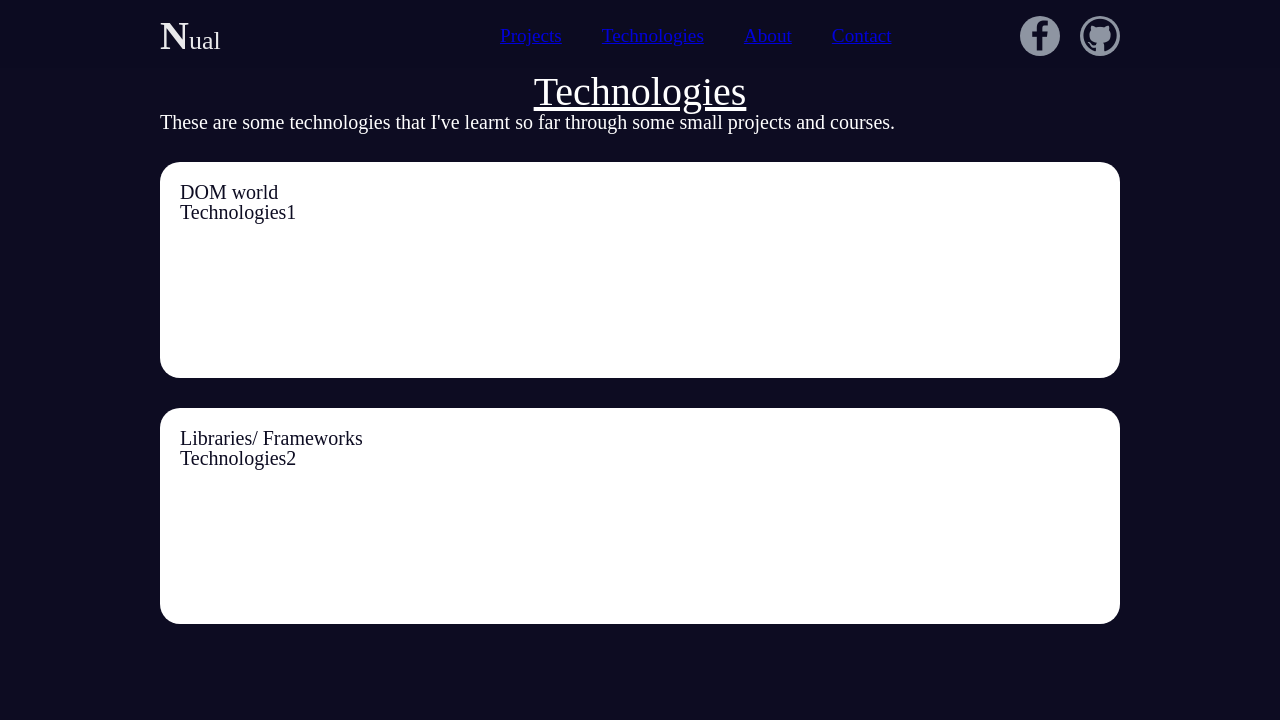
Repository: luanhoang0902/profile-react
Page: /Technologies
The author's editor kept a copy of each file at every save. The page is drawn from the files as they stood at one save, then again after the next save.
The browser window is 1280 px wide. The pictures show the whole page.
The project was rebuilt for these pictures with package versions that can differ from the ones it lists, and the page was loaded fresh each time. Also part of the build but not shown: src/css/Projects.css, src/features/Projects.jsx, src/css/About.css, src/features/About.jsx, src/css/Contact.css, src/features/Contact.jsx.

Above is the page before, as saved 2022-05-21 13:11:16.

### public/index.html
<!DOCTYPE html>
<html lang="en">
  <head>
    <meta charset="utf-8" />
    <link rel="icon" href="%PUBLIC_URL%/favicon.ico" />
    <meta name="viewport" content="width=device-width, initial-scale=1" />
    <meta name="theme-color" content="#000000" />
    <meta
      name="description"
      content="Web site created using create-react-app"
    />
    <link rel="apple-touch-icon" href="%PUBLIC_URL%/logo192.png" />
    <!--
      manifest.json provides metadata used when your web app is installed on a
      user's mobile device or desktop. See https://developers.google.com/web/fundamentals/web-app-manifest/
    -->
    <link rel="manifest" href="%PUBLIC_URL%/manifest.json" />
    <!--
      Notice the use of %PUBLIC_URL% in the tags above.
      It will be replaced with the URL of the `public` folder during the build.
      Only files inside the `public` folder can be referenced from the HTML.

      Unlike "/favicon.ico" or "favicon.ico", "%PUBLIC_URL%/favicon.ico" will
      work correctly both with client-side routing and a non-root public URL.
      Learn how to configure a non-root public URL by running `npm run build`.
    -->
    <link rel="stylesheet"
    href="https://cdn.jsdelivr.net/npm/boxicons@latest/css/boxicons.min.css">
    <!-- or -->
    <link rel="stylesheet"
    href="https://unpkg.com/boxicons@latest/css/boxicons.min.css">
    <title>React App</title>
  </head>
  <body>
    <noscript>You need to enable JavaScript to run this app.</noscript>
    <div id="root"></div>
    <!--
      This HTML file is a template.
      If you open it directly in the browser, you will see an empty page.

      You can add webfonts, meta tags, or analytics to this file.
      The build step will place the bundled scripts into the <body> tag.

      To begin the development, run `npm start` or `yarn start`.
      To create a production bundle, use `npm run build` or `yarn build`.
    -->
  </body>
</html>

### src/App.js
import './App.css';
import Intro from './components/Intro';
import Header from './components/Header'
import { Route, Routes } from 'react-router-dom';
import Projects from './features/Projects';
import Technologies from './features/Technologies';
import About from './features/About';
import Contact from './features/Contact';

function App() {
  return (
    <div className="App" style = {{background: '#0d0c22', color: '#fff'}}>
      <Intro/>
      <Header/>
      <Routes>
        <Route path = '/Projects' element = {<Projects/>} exact />
        <Route path = '/Technologies' element = {<Technologies/>} exact />
        <Route path = '/About' element = {<About/>} exact />
        <Route path = '/Contact' element = {<Contact/>} exact />
      </Routes>
    </div>
  );
}

export default App;

### src/App.css
/* http://meyerweb.com/eric/tools/css/reset/
   v2.0 | 20110126
   License: none (public domain)
*/
* {
	box-sizing: border-box;
}

html, body, div, span, applet, object, iframe,
h1, h2, h3, h4, h5, h6, p, blockquote, pre,
a, abbr, acronym, address, big, cite, code,
del, dfn, em, img, ins, kbd, q, s, samp,
small, strike, strong, sub, sup, tt, var,
b, u, i, center,
dl, dt, dd, ol, ul, li,
fieldset, form, label, legend,
table, caption, tbody, tfoot, thead, tr, th, td,
article, aside, canvas, details, embed,
figure, figcaption, footer, header, hgroup,
menu, nav, output, ruby, section, summary,
time, mark, audio, video {
	margin: 0;
	padding: 0;
	border: 0;
	font-size: 100%;
	font: inherit;
	vertical-align: baseline;
}
/* HTML5 display-role reset for older browsers */
article, aside, details, figcaption, figure,
footer, header, hgroup, menu, nav, section {
	display: block;
}
body {
	line-height: 1;
}
ul {
	list-style: none;
}
blockquote, q {
	quotes: none;
}
blockquote:before, blockquote:after,
q:before, q:after {
	content: '';
	content: none;
}
table {
	border-collapse: collapse;
	border-spacing: 0;
}

### src/components/Intro.jsx
import React, { useEffect, useRef } from 'react';
import PropTypes from 'prop-types';

import "../css/Intro.css"

Intro.propTypes = {

};

function Intro(props) {

    const intro = useRef()

    useEffect(() => {
        console.log(intro.current)
        setTimeout(() => {
            intro.current.classList.add('up')
        },4000)
    },[])

    return (
        <div className="intro" ref = {intro}>
            <span className="text-1">
                <div></div>
            </span>
            <span className="text-2">P</span>
            <span className="text-3">E</span>
            <span className="text-4">N</span>
        </div>
    );
}

export default Intro;

### src/components/Header.jsx
import React, { useEffect, useRef } from "react";
import PropTypes from "prop-types";

import "../css/Header.css";
import { Link } from "react-router-dom";

Header.propTypes = {};

function Header(props) {
  const varHeader = useRef();

  useEffect(() => {
    window.addEventListener("scroll", (event) => {
      let scrollY = window.scrollY;
      scrollY > 180
        ? varHeader.current.classList.add("abc")
        : varHeader.current.classList.remove("abc");
    });
  }, []);

  return (
    <div className="header" ref={varHeader}>
      <div className="header__content">
        <div className="header__one">Nual</div>
        <div className="header__two">
          <div>
            <Link to="/Projects">Projects</Link>
          </div>
          <div>
            <Link to="/Technologies">Technologies</Link>
          </div>
          <div>
            <Link to="/About">About</Link>
          </div>
          <div>
            <Link to="/Contact">Contact</Link>
          </div>
        </div>
        <div className="header__three">
          <a href="https://www.facebook.com/profile.php?id=100029577947626">
            <i class="bx bxl-facebook"></i>
          </a>
          <a href = 'https://github.com/luanhoang0902 '>
            <i class="bx bxl-github"></i>
          </a>
        </div>
      </div>
    </div>
  );
}

export default Header;

### src/features/Technologies.jsx
import React from 'react';
import PropTypes from 'prop-types';

import "../css/Technologies.css"

Technologies.propTypes = {

};

function Technologies(props) {
    return (
        <div className = 'technologies'>
            <u>Technologies</u>
            <div className = 'technologies__content'>
                <span stype = {{marginTop: 10}}>
                These are some technologies that I've learnt
                so far through some small projects and courses.
                </span>
                <div className = 'technologies__content-1'>DOM world
                    <div className = 'technologies__content-item1'>Technologies1</div>
                </div>
                <div className = 'technologies__content-2'>Libraries/ Frameworks
                    <div className = 'technologies__content-item2'>Technologies2</div>
                </div>
            </div>
        </div>
    );
}

export default Technologies;

### src/css/Intro.css
@import url(./variable.css);

.intro {
    position: fixed;

    height: 100vh;
    width: 100vw;
    background-color: var(--black);

    color: var(--white);
    text-align: center;
    line-height: 100vh;

    font-size: 60px;
    font-weight: 600;
    transition: all 2s ease-out;
    z-index: 100;
}
.up {
    transform: translateY(-100%);
    opacity: 0;
}
.intro  span {
    display: inline-block;
}
.text-1 {
    display: inline-block;

    height: 50px;
    width: 50px;
    background-color: white;

    border: 5px solid var(--white);
    border-radius: 50%;

    animation: up 2s  infinite linear;
}
.text-2 {
    animation: up 2s  infinite linear 0.25s;
}
.text-3 {
    animation: up 2s  infinite linear 0.5s;
}
.text-4 {
    animation: up 2s  infinite linear 0.75s;
}
.text-1 div {
    height: 30px;
    width: 30px;
    background-color: white;

    border: 10px solid var(--black);
    border-right: transparent solid 10px;
    border-radius: 50%;

    animation: xoay 5s  infinite linear;
}
/* .in {
    height: 20px;
    width: 20px;
    background-color: white;

    border-right: 10px solid var(--black);
    border-radius: 50%;
} */

@keyframes xoay {
    from {
        transform: rotate(0);
    }
    to{
        transform: rotate(360deg);
    }
}

@keyframes up {
    0% {
        transform: translateY(0px);
    }
    50% {
        transform: translateY(-20px);
    }
    100% {
        transform: translateY(0px);
    }
}

@keyframes non1 {
    to{
        transform: translateY(-100%);
    }
}

### src/css/Header.css
@import url(./variable.css);

.header {
    position: fixed;

    height: 10vh;
    width: 100vw;

}
.abc {
    background-color: var(--black)
}
.header__content {
    display: flex;

    height: 100%;
    width: 75vw;

    margin: 0 auto;
}
.header__content div {
    height: 100%;
    width: 25vw;

    line-height: 10vh;
}
.header__one {
    font-size: 26px;
}
.header__one::first-letter {
    font-size: 40px;
    font-weight: 600;
}
.header__two {
    display: flex;
}
.header__two div {
    color: var(--gray);
    font-size: 1.2rem;

    transition: all 0.5s ease;
    margin: 0 20px;
}
.header__two div:hover {
    color: var(--white);
    transform: scale(1.2);
    cursor: pointer;
}
.header__three div:hover {
    background-color: var(--white);
    transform: scale(1.2);
    cursor: pointer;
}
.header__three {
    display: flex;
    align-items: center;
    justify-content: flex-end;
}
.header__three a {
    height: 40px;
    width: 40px;
    background-color: var(--gray);

    border-radius: 50%;
    margin-left: 20px ;

    color: var(--black);
    font-size: 40px;
    text-align: center;
    line-height:40px;

}

### src/css/Technologies.css
.technologies {
    height: 100vh;
    width: 75vw;


    margin: 0 auto;
    padding-top: 10vh;

    text-align: center;
    font-size: 20px;
}
.technologies u {
    font-size: 40px;
}
.technologies__content {
    width: 75vw;
    text-align: left;
}
.technologies__content-1,
.technologies__content-2 {
    height: 30vh;
    width: 75vw;

    background-color: var(--white);

    margin-top: 30px;
    padding: 20px;

    color: var(--black);

    border-radius: 20px;
}

### src/css/variable.css
:root {
    --black: #0d0c22;
    --white: white;
    --gray: #9ca3af;
}

Loaded but not shown: src/index.js (common file)

After the next save:
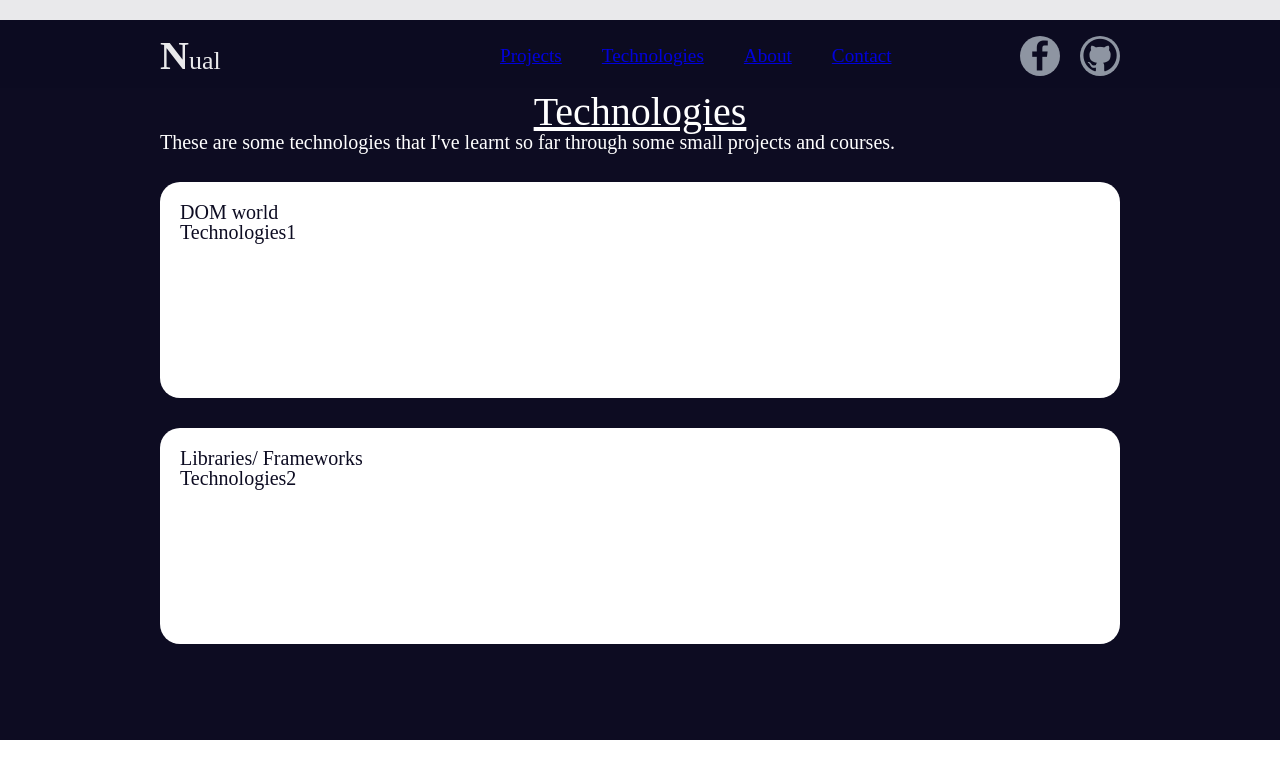
Saved 39 s later.
--- a/src/css/Technologies.css
+++ b/src/css/Technologies.css
@@ -3,7 +3,7 @@
     width: 75vw;
 
 
-    margin: 0 auto;
+    margin: 20px auto;
     padding-top: 10vh;
 
     text-align: center;

After the save that followed:
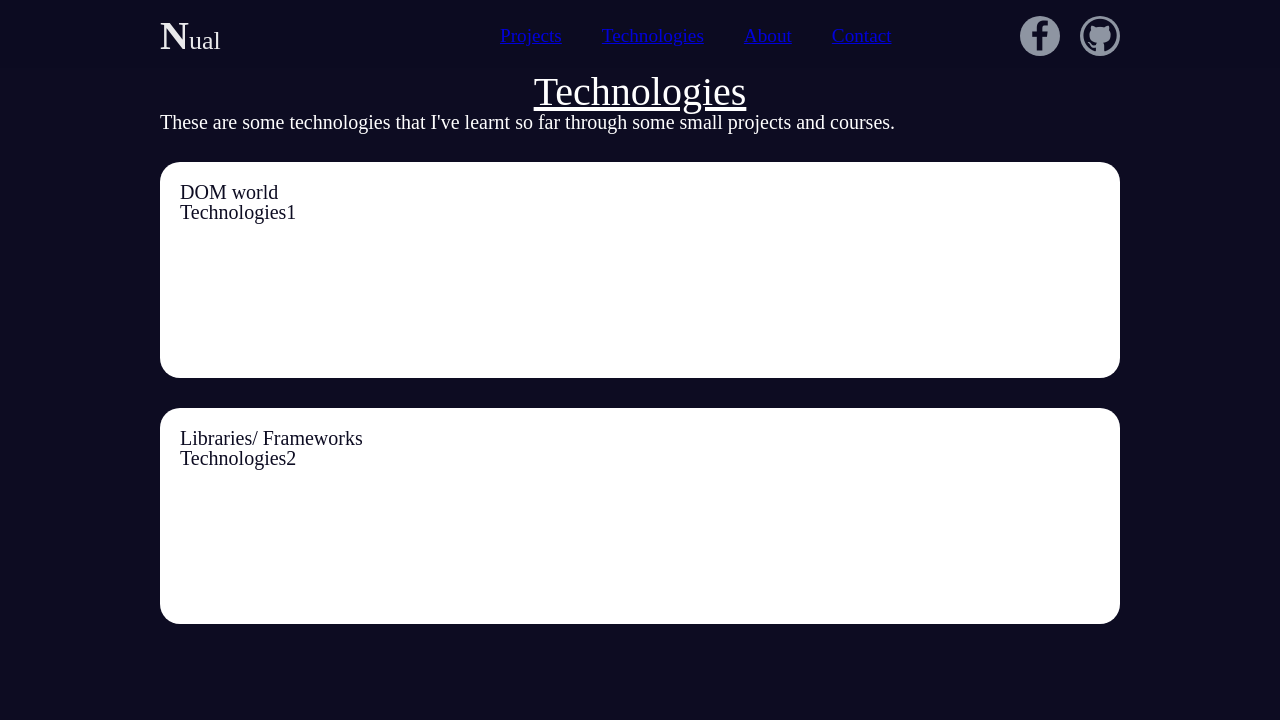
Saved 7 s later.
--- a/src/css/Technologies.css
+++ b/src/css/Technologies.css
@@ -3,7 +3,7 @@
     width: 75vw;
 
 
-    margin: 20px auto;
+    margin: 0 auto;
     padding-top: 10vh;
 
     text-align: center;
